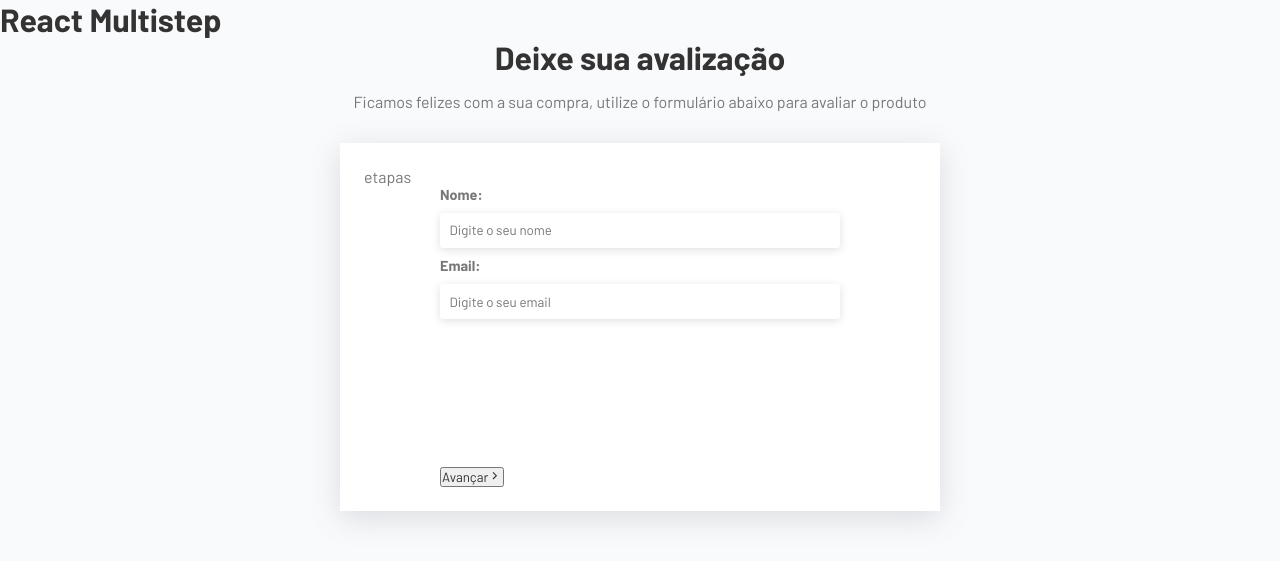
Repository: Bitroia/multistep_form_react
Page: / (app in multistep_form_react/)
These files come from the project's save history. The page is drawn as it stood at one moment and after a run of saves; the edit follows.
The browser window is 1280 px wide. The pictures show the whole page.
The project was rebuilt for these pictures with package versions that can differ from the ones it lists, and the page was loaded fresh each time. Also part of the build but not shown: multistep_form_react/vite.config.js, multistep_form_react/src/components/ReviewForm.jsx, multistep_form_react/src/components/Thanks.jsx.

Above is the page before, as saved 2026-06-12 14:11:26.

After the next 5 saves:
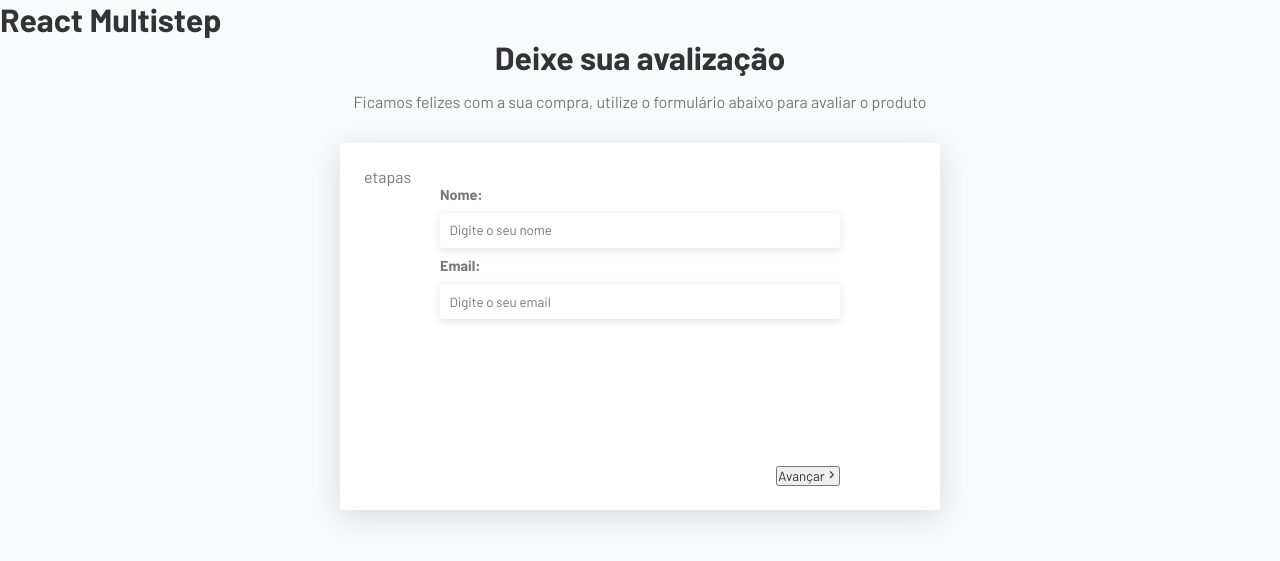
The 5 saves are shown as one change because they came seconds apart.
The last was saved 19 s later.
--- a/multistep_form_react/src/App.css
+++ b/multistep_form_react/src/App.css
@@ -61,5 +61,6 @@ textarea{
 /* Actions */
 
 .actions{
-
+    display: flex;
+    justify-content: flex-end;
 }
